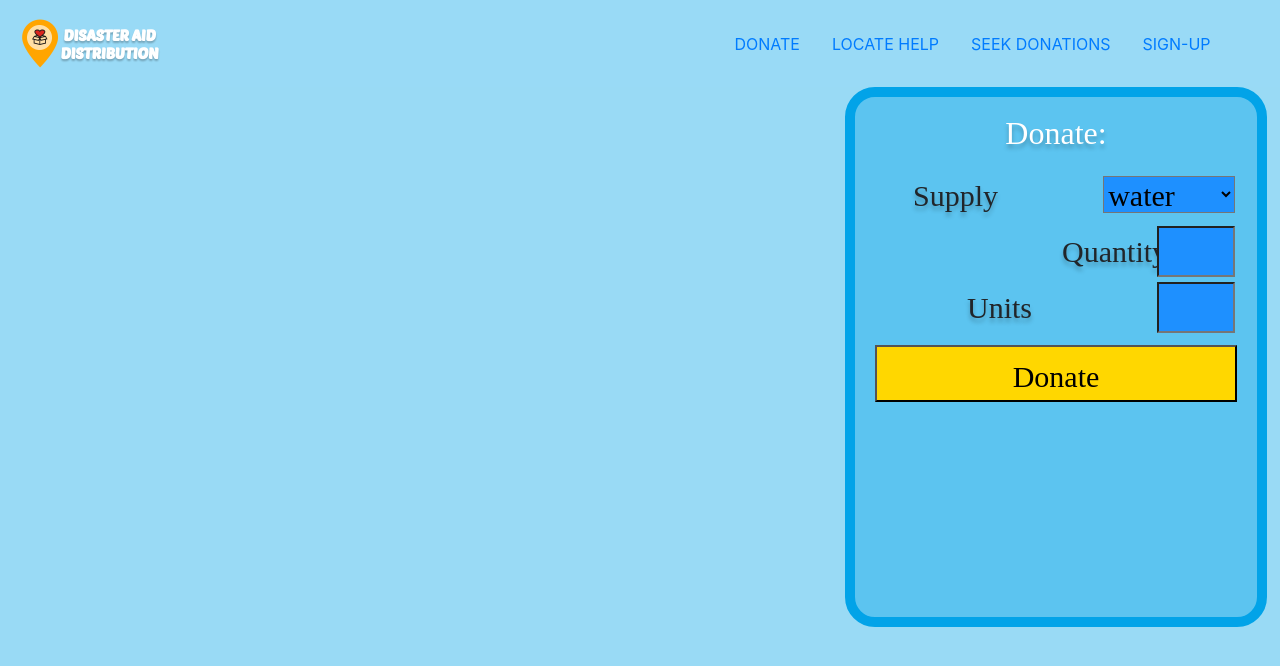
Repository: uprm-inso-4115-2019-2020-S2/semester-project-inso4115-DisasterAid-backend
Page: /donate-modal (app in disaster-aid/)
These files come from the project's save history. The page is drawn as it stood at one moment and after the next save; the edit follows.
The browser window is 1280 px wide. The pictures show the whole page.
The project was rebuilt for these pictures with package versions that can differ from the ones it lists, and the page was loaded fresh each time. Also part of the build but not shown: disaster-aid/angular.json, disaster-aid/src/app/login/login.component.ts, disaster-aid/src/app/register/register.component.ts, disaster-aid/src/app/home/home.component.ts, disaster-aid/src/app/landing-page/landing-page.component.ts, disaster-aid/src/app/donations/donations.component.ts, disaster-aid/src/app/donations.service.ts.

Above is the page before, as saved 2020-05-09 02:13:37.

After the next save:
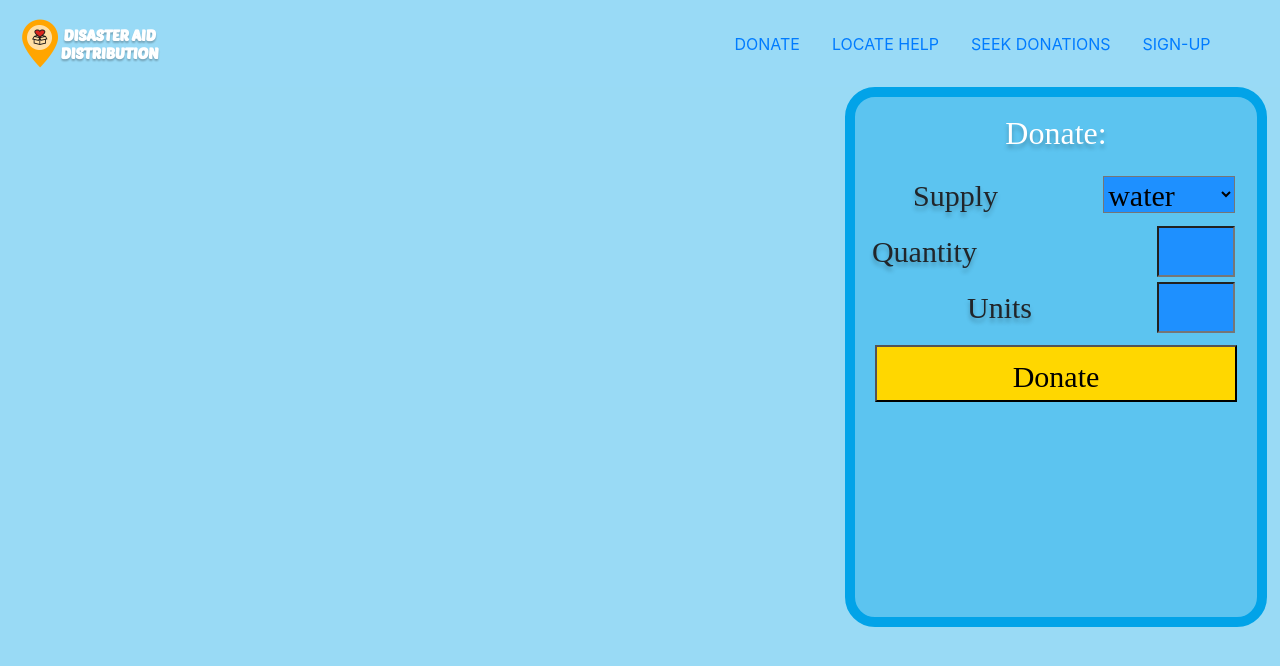
Saved 10 s later.
--- a/disaster-aid/src/app/donate-modal/donate-modal.component.html
+++ b/disaster-aid/src/app/donate-modal/donate-modal.component.html
@@ -31,7 +31,7 @@
                 </select>
             </div>
             <div>
-                <label for="quantity" style="width:25%; text-align:left;">Quantity</label>
+                <label for="quantity" style="width:75%; text-align:left;">Quantity</label>
                 <input type="number" class="select" id="quantity" name="quantity" min="1" max="5">
             </div>
             <div>
